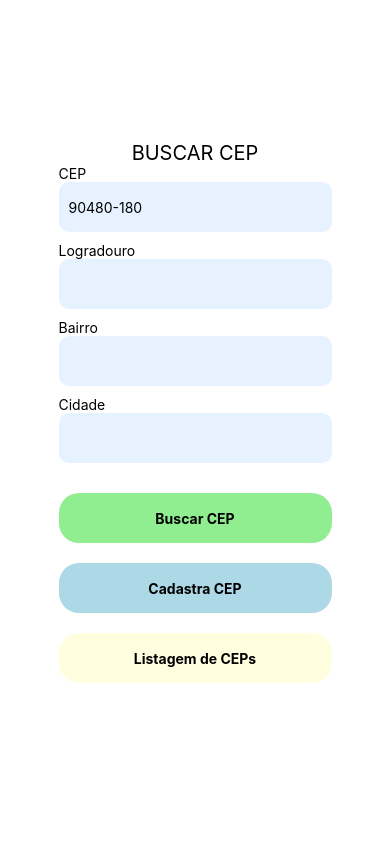
Repository: GustavoMSevero/registerCep
Screen: /Ceps
An editor plug-in stored every save of this project. The screen is shown before and after the next save, followed by the edit.
The app was drawn by React Native's web renderer in a window 390 px wide. The project was rebuilt for these pictures with package versions that can differ from the ones it lists, and the page was loaded fresh each time.

Above is the screen before, as saved 2024-09-19 16:52:45.

### App.js
import { StatusBar } from 'expo-status-bar';
import { useState } from 'react';
import { StyleSheet, Text, View, TextInput, TouchableOpacity } from 'react-native';
import api from './service/api';

export default function App() {

  const [cep, setCep] = useState(null)
  const [logradouro, setLogradouro] = useState(null)
  const [bairro, setBairro] = useState(null)
  const [localidade, setLocalidade] = useState(null)
  const [uf, setUF] = useState(null)

  async function getCep() {
    let response = await fetch(`https://viacep.com.br/ws/${cep}/json/`);
    let body = await response.json();

    setLogradouro(body.logradouro);
    setBairro(body.bairro);
    setLocalidade(body.localidade);
    setUF(body.uf);
  }

  async function registerCep() {
    const cepData = {
      cep: cep,
      logradouro: logradouro,
      bairro: bairro,
      localidade: localidade,
      uf: uf,
    };

    const result = await api.post('/api.php', {
      ...cepData,
      option: 'register cep',
    })
    .then(result => {
      // console.log(result.data);
      if(result.data.status == 1) {
        alert(result.data.msg)
      } else if(result.data.status == 2) {
        alert(result.data.msg)
      }
      setLogradouro(null);
      setBairro(null);
      setLocalidade(null);
      setUF(null);
    })
    .catch(error => {
      // Handle error
      console.error(error);
    });

  }

  return (
    <View style={styles.container}>
      <Text style={styles.title}>BUSCAR CEP</Text>
      <View style={styles.viewInput}>
        <Text>CEP</Text>
        <TextInput
          style={styles.input}
          keyboardType='number'
          placeholder='90480-180'
          onChangeText={(number) => setCep(number)}
          value={cep}
        />
      </View>
      <View style={styles.viewInput}>
        <Text>Logradouro</Text>
        <TextInput
          readOnly
          style={styles.input}
          value={logradouro}
        />
      </View>
      <View style={styles.viewInput}>
        <Text>Bairro</Text>
        <TextInput
          readOnly
          style={styles.input}
          value={bairro}
        />
      </View>
      <View style={styles.viewInput}>
        <Text>Cidade</Text>
        <TextInput
          readOnly
          style={styles.input}
          value={localidade}
        />
      </View>
        <TouchableOpacity
          style={styles.button}
          onPress={getCep}
        >
          <Text style={styles.textButton}>Buscar CEP</Text>
        </TouchableOpacity>
        <TouchableOpacity
          style={styles.buttonCadastra}
          onPress={registerCep}
        >
          <Text style={styles.textButtonCadastra}>Cadastra CEP</Text>
        </TouchableOpacity>
        <TouchableOpacity
          style={styles.buttonListagem}
          onPress={registerCep}
        >
          <Text style={styles.textButtonListagem}>Listagem de CEPs</Text>
        </TouchableOpacity>
      <StatusBar style="auto" />
    </View>
  );
}

const styles = StyleSheet.create({
  title: {
    fontSize: 20,
  },
  container: {
    flex: 1,
    backgroundColor: '#fff',
    alignItems: 'center',
    justifyContent: 'center',
  },
  viewInput: {
    width: "70%",
  },
  input: {
    backgroundColor: "#e6f2ff",
    width: "100%",
    height: 50,
    marginBottom: 10,
    borderRadius: 10,
    paddingLeft: 10,
  },
  button: {
    marginTop: 20,
    marginBottom: 20,
    backgroundColor: "lightgreen",
    width: "70%",
    alignItems: "center",
    justifyContent: "center",
    height: 50,
    borderRadius: 20,
  },
  textButton: {
    fontWeight: "bold",
  },
  buttonCadastra: {
    backgroundColor: "lightblue",
    width: "70%",
    alignItems: "center",
    justifyContent: "center",
    height: 50,
    borderRadius: 20,
    marginBottom: 20,
  },
  textButtonCadastra: {
    fontWeight: "bold",
  },
  buttonListagem: {
    backgroundColor: "lightyellow",
    width: "70%",
    alignItems: "center",
    justifyContent: "center",
    height: 50,
    borderRadius: 20,
    marginBottom: 20,
  },
  textButtonListagem: {
    fontWeight: "bold",
  }
});

### service/api.js
import axios from "axios";

const api = axios.create({
    baseURL: 'http://192.168.0.226:8888/web/apiCep',
    timeout: 10000, // 10 seconds
});

export default api;

After the next save:
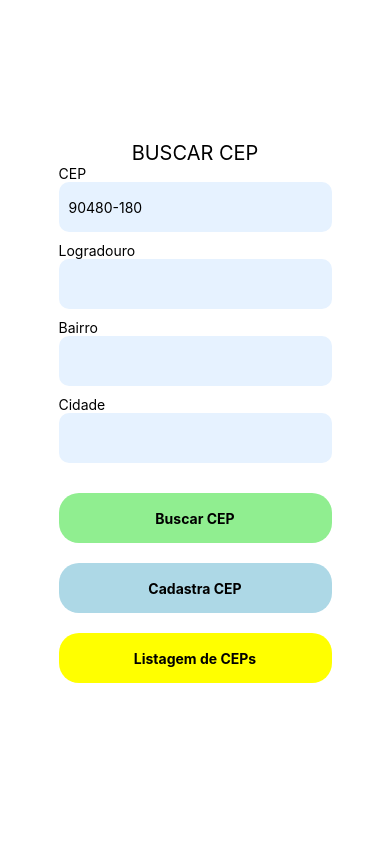
Saved 10 s later.
--- a/App.js
+++ b/App.js
@@ -160,7 +160,7 @@ const styles = StyleSheet.create({
     fontWeight: "bold",
   },
   buttonListagem: {
-    backgroundColor: "lightyellow",
+    backgroundColor: "yellow",
     width: "70%",
     alignItems: "center",
     justifyContent: "center",
